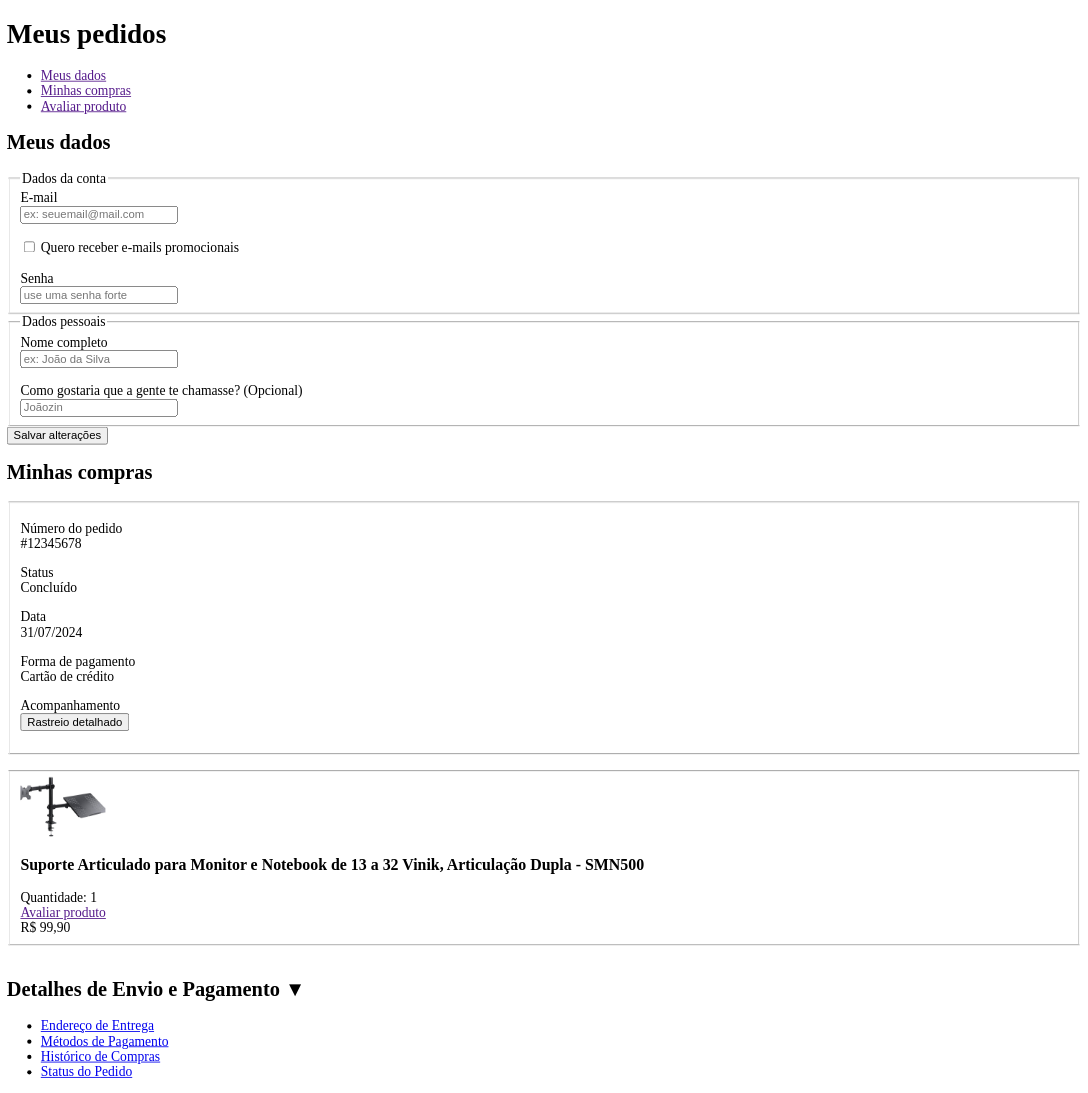
Repository: claudemir-camargo/site-compras
Page: index.html
An editor plug-in stored every save of this project. The page is shown before and after the next save, followed by the edit.
The browser window is 1280 px wide. The pictures show the whole page, at 85% of full size.

Above is the page before, as saved 2024-03-03 15:32:32.

### index.html
<!DOCTYPE html>
<html lang="en">

<head>
    <meta charset="UTF-8">
    <meta name="viewport" content="width=device-width, initial-scale=1.0">
    <link rel="stylesheet" type="text/css" href="css/style.css" />
    <title>Site de Compras</title>
</head>

<body>
    <h1>Meus pedidos</h1>
    <ul>
        <li><a href="">Meus dados</a></li>
        <li><a href="">Minhas compras</a></li>
        <li><a href="">Avaliar produto</a></li>
    </ul>
    <h2>Meus dados</h2>
    <!-- Conta -->
    <fieldset>
        <legend>Dados da conta</legend>
        <form>
            <label>E-mail</label><br>
            <input type="email" id="email" name="email" placeholder="ex: seuemail@mail.com"><br><br>
            <input type="checkbox">
            <label>Quero receber e-mails promocionais</label><br><br>
            <label>Senha</label><br>
            <input type="password" placeholder="use uma senha forte">
        </form>
    </fieldset>
    <!-- Pessoais -->
    <fieldset>
        <legend>Dados pessoais</legend>
        <form>
            <label>Nome completo</label><br>
            <input type="text" placeholder="ex: João da Silva"><br><br>
            <label>Como gostaria que a gente te chamasse? (Opcional) </label><br>
            <input type="text" placeholder="Joãozin">
        </form>
    </fieldset>
    <button type="button">Salvar alterações</button>
    <!-- Minhas compras -->
    <h2>Minhas compras</h2>
    <fieldset>
        <div class="details">
            <p>Número do pedido<br>#12345678</p>
            <p>Status<br>Concluído</p>
            <p>Data<br>31/07/2024</p>
            <p>Forma de pagamento<br>Cartão de crédito</p>
            <p>Acompanhamento<br><button>Rastreio detalhado</button></p>
    </fieldset>
    <!-- Produto -->
    <br>
    <fieldset>
        <img src="img/suporte.jpg" alt="Suporte">
        <h3><p>Suporte Articulado para Monitor e Notebook de 13 a 32 Vinik,
            Articulação Dupla - SMN500</p></h3>
        Quantidade: 1<br>
        <a href="">Avaliar produto</a><br>
        R$ 99,90
    </fieldset>
    <br>
    <div class="menu">
        <h2 onclick="toggleMenu()">Detalhes de Envio e Pagamento ▼</h2>
        <ul id="menu-list">
            <li><a href="#">Endereço de Entrega</a></li>
            <li><a href="#">Métodos de Pagamento</a></li>
            <li><a href="#">Histórico de Compras</a></li>
            <li><a href="#">Status do Pedido</a></li>
        </ul>
    </div>


</body>

</html>

### css/style.css
img {
    width: 100px;
    height: 70px;
    object-fit: cover;
}

After the next save:
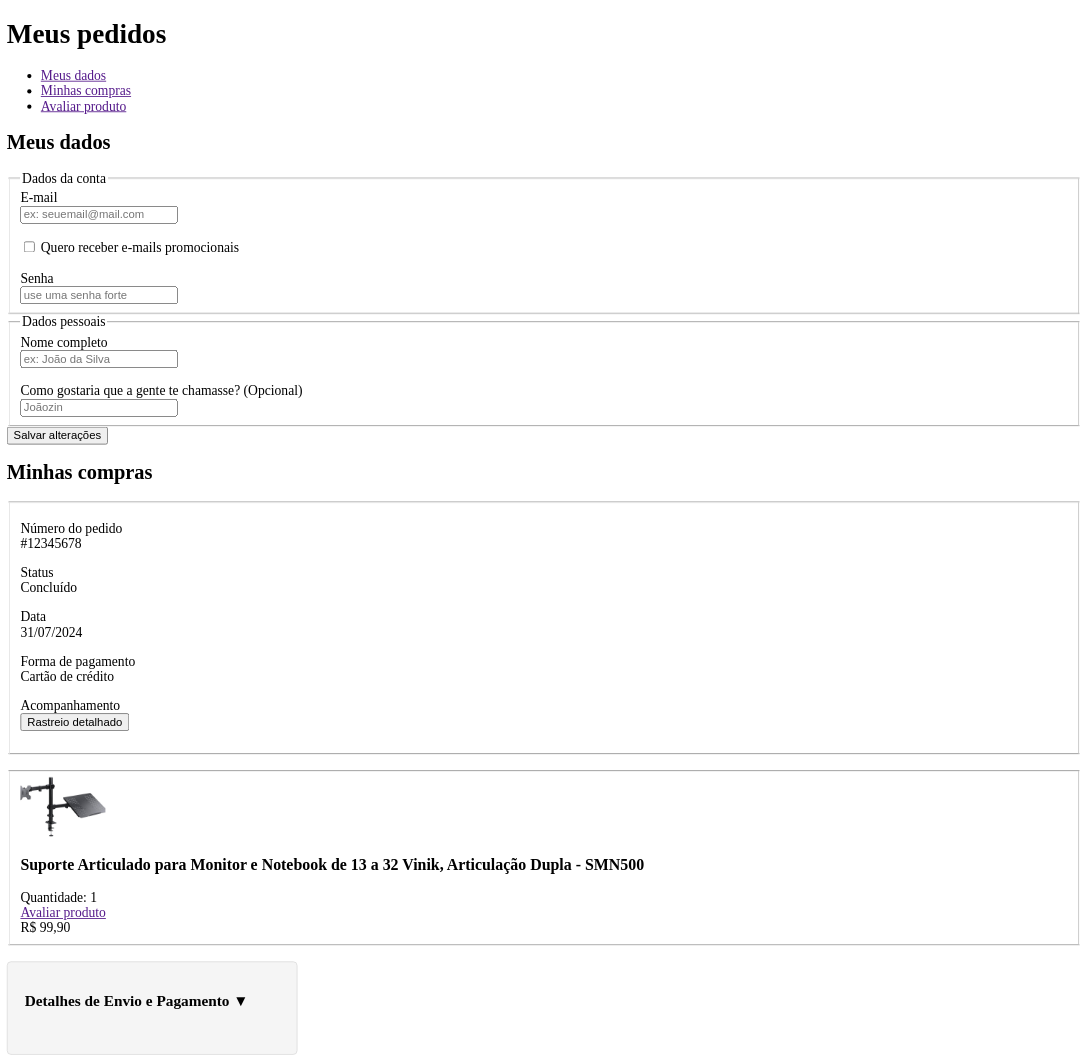
Saved 66 s later.
--- a/css/style.css
+++ b/css/style.css
@@ -3,3 +3,33 @@ img {
     height: 70px;
     object-fit: cover;
 }
+
+.menu {
+    background-color: #f5f5f5;
+    padding: 20px;
+    border: 1px solid #ddd;
+    border-radius: 5px;
+    max-width: 300px;
+}
+.menu h2 {
+    font-size: 18px;
+    margin-bottom: 10px;
+    cursor: pointer; /* Adicionamos um cursor de mão para indicar que é clicável */
+}
+.menu ul {
+    list-style: none;
+    padding: 0;
+    max-height: 0; /* Inicialmente, ocultamos a lista de itens */
+    overflow: hidden;
+    transition: max-height 0.3s ease; /* Adicionamos uma transição suave */
+}
+.menu li {
+    margin-bottom: 10px;
+}
+.menu a {
+    text-decoration: none;
+    color: #333;
+}
+.menu a:hover {
+    text-decoration: underline;
+}
